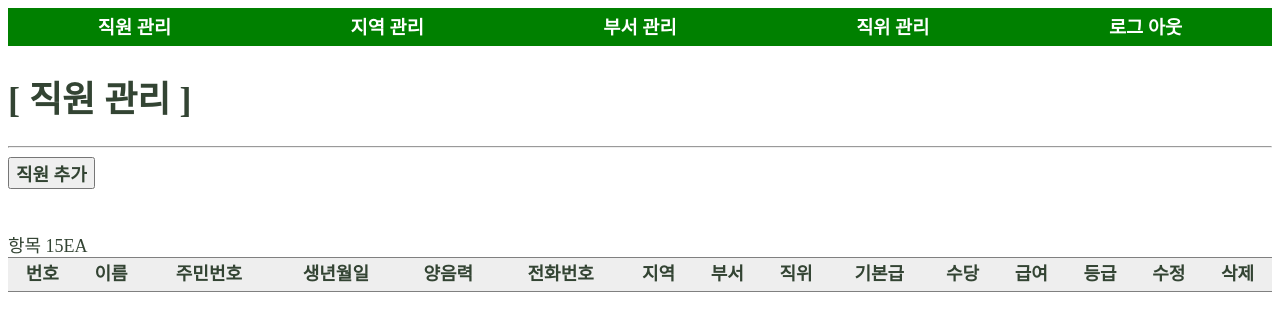
Repository: Umkimisstrong/UM_SpringMVCStudy
Page: http://localhost/mvc04/WEB-INF/view/EmployeeList.jsp
These files come from the project's save history. The page is drawn as it stood at one moment and after the next save; the edit follows.
The browser window is 1280 px wide. The pictures show the whole page.
The page is served by Tomcat 9. Nobody is signed in. The template is opened directly, without the code that normally fills it, so the values that code supplies are empty.

Above is the page before, as saved 2022-05-27 03:08:26.

### mvc04/WebContent/WEB-INF/view/EmployeeList.jsp
<%@ page contentType="text/html; charset=UTF-8"%>
<%@ taglib prefix="c" uri="http://java.sun.com/jsp/jstl/core"%>
<%
	request.setCharacterEncoding("UTF-8");
	String cp = request.getContextPath();
%>
<!DOCTYPE html>
<html>
<head>
<meta charset="UTF-8">
<title>EmployeeList.jsp</title>
<link rel="stylesheet" type="text/css" href="<%=cp %>/css/menuStyle.css">
<link rel="stylesheet" type="text/css" href="<%=cp %>/css/main.css">
</head>
<body>

<!---------------------------------------------------
	#15 EmployeeList.jsp
	- 직원 리스트 출력 페이지
	- 관리자가 접근하는 직원 데이터 출력 페이지
	  (일반 직원이 접근하는 직원 데이터 출력페이지는
	   EmpList.jsp로 구성 예정)
 ---------------------------------------------------->


<div>
	<!-- 메뉴 영역 -->
	<div id="menu">
		<ul>
			<li>
				<a href="" class="menu">직원 관리</a>
			</li>

			<li>
				<a href="" class="menu">지역 관리</a>
			</li>

			<li>
				<a href="" class="menu">부서 관리</a>
			</li>

			<li>
				<a href="" class="menu">직위 관리</a>
			</li>

			<li>
				<a href="" class="menu">로그 아웃</a>
			</li>
		</ul>
	</div>

	<!-- 콘텐츠 영역 -->
	<div id="content">
		<h1>[ 직원 관리 ]</h1>
		<hr />

		<div>
			<form action="">
				<input type="button" value="직원 추가" class="btn" onclick="" />
			</form>
		</div>
		<br />
		<br />
	<!-- ---------------------------------------------------
	EMPLOYEEID NAME SSN BIRTHDAY LUNAR LUNARNAME TELEPHONE
	DEPARTMENTID DEPARTMENTNAME POSITIONID POSITIONNAME
	REGIONID REGIONNAME BASICPAY EXTRAPAY PAY GRADE
	----------------------------------------------------  -->
	<table id="customers" class="table">

		<tr>
			항목 15EA
			<th>번호</th>
			<th>이름</th>
			<th>주민번호</th>
			<th>생년월일</th>
			<th>양음력</th>
			<th>전화번호</th>
			<th>지역</th>
			<th>부서</th>
			<th>직위</th>
			<th>기본급</th>
			<th>수당</th>
			<th>급여</th>
			<th>등급</th>
			<th>수정</th>
			<th>삭제</th>
		</tr>
	<!--
		<tr>
			<td>1</td>
			<td>김상기</td>
			<td>620527</td>
			<td>1962-05-27</td>
			<td>양력</td>
			<td>010-9876-5432</td>
			<td>서울</td>
			<td>개발부</td>
			<td>사원</td>
			<td>1,500,000</td>
			<td>1,500,000</td>
			<td>3,000,000</td>
			<td>관리자</td>
			<td><button type="button" class="btn">수정</button></td>
			<td><button type="button" class="btn">삭제</button></td>
		</tr>
		<tr>
			<td>2</td>
			<td>이상기</td>
			<td>620527</td>
			<td>1962-05-27</td>
			<td>양력</td>
			<td>010-9876-5432</td>
			<td>서울</td>
			<td>개발부</td>
			<td>사원</td>
			<td>1,500,000</td>
			<td>1,500,000</td>
			<td>3,000,000</td>
			<td>관리자</td>
			<td><button type="button" class="btn">수정</button></td>
			<td><button type="button" class="btn">삭제</button></td>
		</tr>
		<tr>
			<td>3</td>
			<td>박상기</td>
			<td>620527</td>
			<td>1962-05-27</td>
			<td>양력</td>
			<td>010-9876-5432</td>
			<td>서울</td>
			<td>개발부</td>
			<td>사원</td>
			<td>1,500,000</td>
			<td>1,500,000</td>
			<td>3,000,000</td>
			<td>관리자</td>
			<td><button type="button" class="btn">수정</button></td>
			<td><button type="button" class="btn">삭제</button></td>
		</tr>
	 -->
	<c:forEach	var="employee" items="${employeeList }">
	<tr>
		<td>${employee.employeeId }</td>
		<td>${employee.name }</td>
		<td>${employee.ssn }-*******</td>
		<td>${employee.birthday }</td>
		<td>${employee.lunarName }</td>
		<td>${employee.telephone }</td>
		<td>${employee.regionName }</td>
		<td>${employee.departmentName }</td>
		<td>${employee.positionName }</td>
		<td>${employee.basicPay }</td>
		<td>${employee.extraPay }</td>
		<td>${employee.pay }</td>
		<td>${employee.grade==0 ? "관리자" : "일반사원" }</td>
		<td><button type="button" class="btn updateBtn">수정</button></td>
		<td><button type="button" class="btn deleteBtn">삭제</button></td>
	</tr>
	</c:forEach>

	</table>



	</div>

	<!-- 회사 소개 및 어플리케이션 소개 영역 -->
	<div id="footer">

	</div>






</div>





</body>
</html>

### mvc04/WebContent/css/menuStyle.css
@charset "UTF-8";

/* ========================
    #14. menuStyle.css
    - 메뉴스타일 구성
======================== */

ul
{
	list-style-type: none;
	margin: 0;
	padding: 0;
	overflow: hidden;
}

li
{
	width: 20%;
	float: left;
}

a.menu:link, a.menu:visited
{
	display: block;
	font-weight: bold;
	color: #ffffff;
	background-color: #008000;
	text-align: center;
	padding: 4px;
	text-decoration: none;
	text-transform: uppercase;
	height: 30px;
	font-size: 14pt;
}

a.menu:hover, a.menu:active
{
	background-color: #ffffff;
	color: #008000;
	border: 2px solid #008000;
	border-radius: 5px;
	height: 26px;
}

### mvc04/WebContent/css/main.css
@charset "UTF-8";

/* ========================
	#16 main.css
	- 기본 스타일 지정
======================== */

body, p, div, span, input, table, th, td, select, textarea
{
	font-size: 18px;
	font-family: 맑은 고딕;
	color: #343;

}
a
{
	text-decoration: none;
	color: gray;
}

a:hover
{
	text-decoration: underline;
	color: red;

}
.table
{
	border-collapse: collapse;
	width: 100%;
}
.table th, .table td
{
	border: 1px solid gray;
	border-left: 0px;
	border-right: 0px;

	padding: 3px;
	line-height: 150%;
	text-align: center;
}


.table th
{
	font-weight: bold;
	background-color: #eee;
}

.table td
{
	font-size: 12pt;
}

.btn
{
	cursor: pointer;
	font-family: 맑은 고딕;
	font-weight: bold;
}

.btn:hover
{
	color: #ffffff;
	background-color: #008000;
}

After the next save:
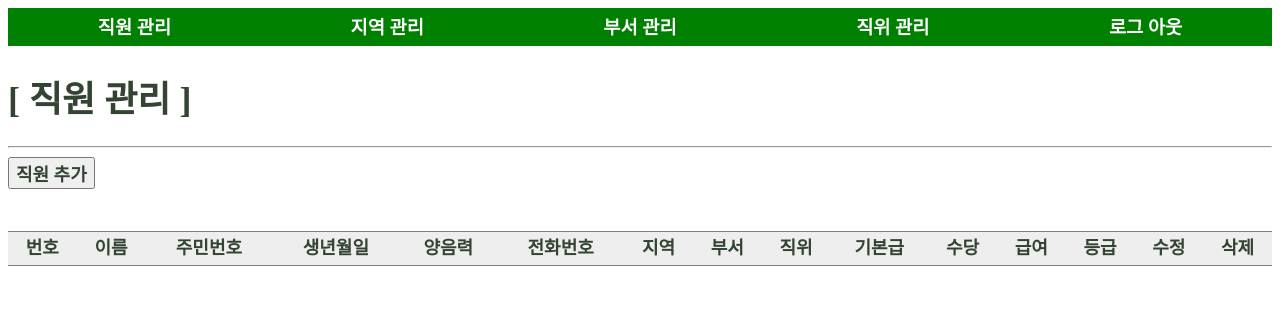
Saved 5 s later.
--- a/mvc04/WebContent/WEB-INF/view/EmployeeList.jsp
+++ b/mvc04/WebContent/WEB-INF/view/EmployeeList.jsp
@@ -69,7 +69,7 @@
 	<table id="customers" class="table">
 
 		<tr>
-			항목 15EA
+			<!-- 항목 15EA -->
 			<th>번호</th>
 			<th>이름</th>
 			<th>주민번호</th>
